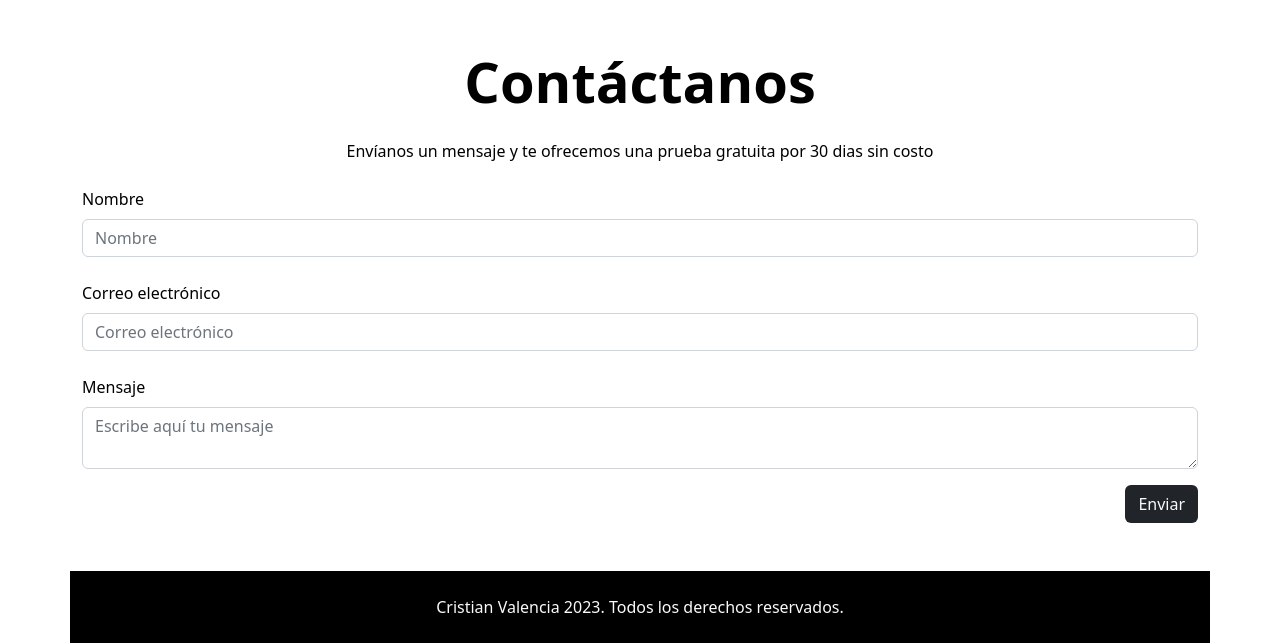
Repository: cvalenciapatagonia/Desafio-4-React-I
Page: /
The author's editor kept a copy of each file at every save. The page is drawn from the files as they stood at one save, then again after the next save.
The browser window is 1280 px wide. The pictures show the part of the page from y = 1432 to 2075 px (the page is 2075 px tall).
The page's requests for data from a server got no answer. The project was rebuilt for these pictures with package versions that can differ from the ones it lists, and the page was loaded fresh each time. No one was signed in, and anything a server would have sent is missing. Also part of the build but not shown: vite.config.js, src/App.css.

Above is the page before, as saved 2023-09-08 15:16:24.

After the next save:
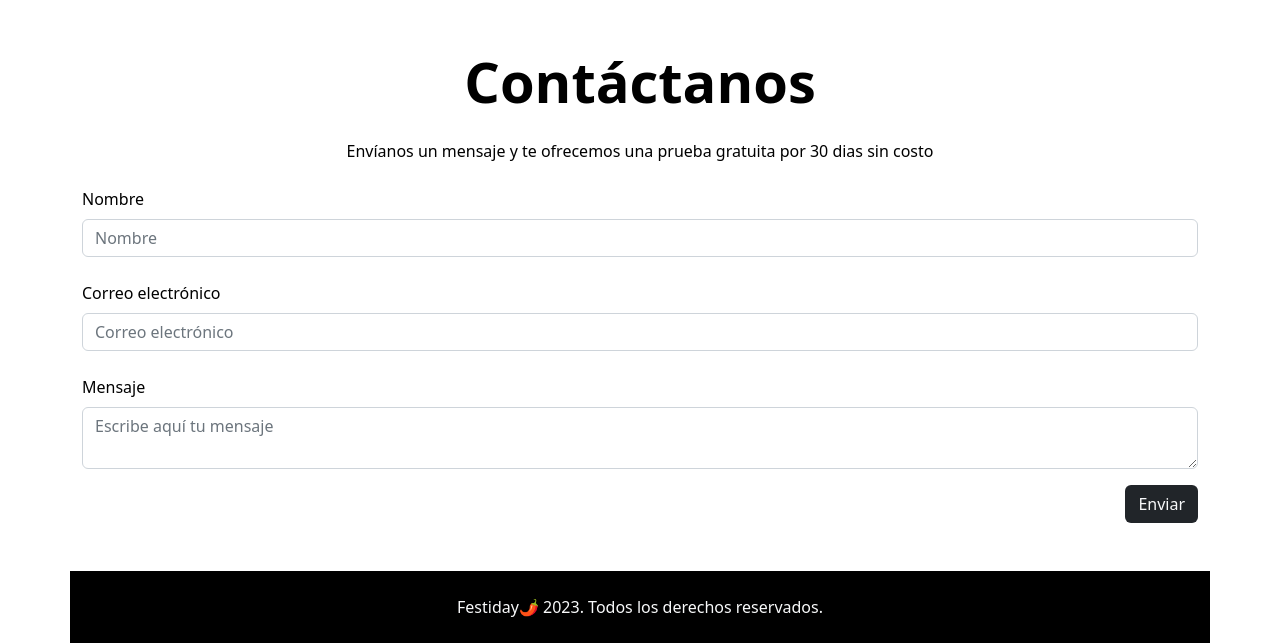
Saved 61 s later.
--- a/src/App.jsx
+++ b/src/App.jsx
@@ -15,9 +15,10 @@ function App() {
         {/* BARRA DE NAVEGACION */}
         <nav className="navbar navbar-expand-lg navbar-dark fixed-top navbar-custom">
           <div className="container">
-          <p className="display-5 fw-bold text-light logo-img">
+            <p className="display-5 fw-bold text-light logo-img">
               Festiday🌶️ {/* El signo agregado significa "cursando" */}
-            </p>            <button
+            </p>{" "}
+            <button
               className="navbar-toggler"
               type="button"
               data-bs-toggle="collapse"
@@ -180,7 +181,7 @@ function App() {
       {/* FOOTER */}
       <footer className="text-center text-light p-4">
         <p className="mb-0">
-          Cristian Valencia 2023. Todos los derechos reservados.
+          Festiday🌶️ 2023. Todos los derechos reservados.
         </p>
       </footer>
       {/* Fin de FOOTER */}
